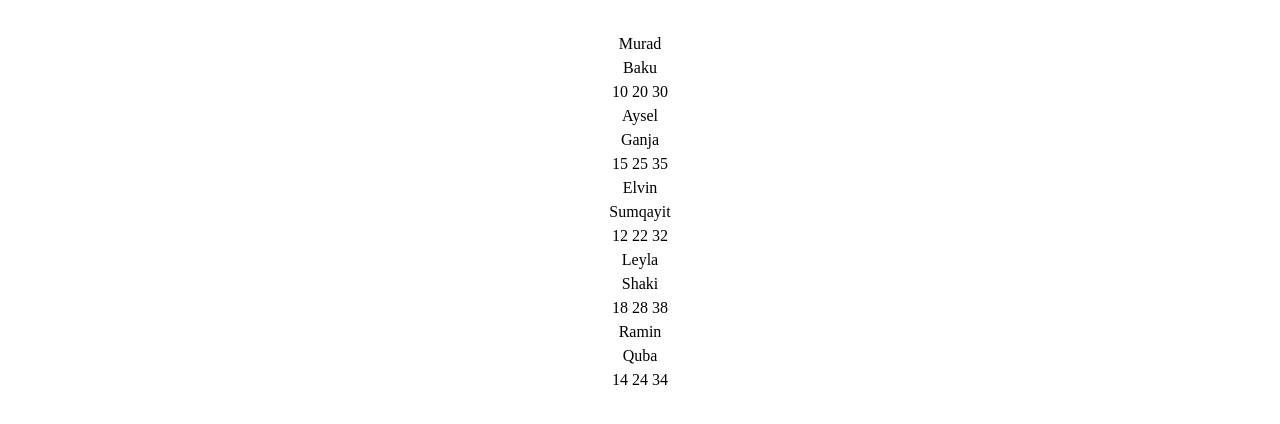
Repository: Murad-Ahmedov7/Typescript-repeat
Page: / (app in myapp/)
These files come from the project's save history. The page is drawn as it stood at one moment and after a run of saves; the edit follows.
The browser window is 1280 px wide. The pictures show the whole page.
The project was rebuilt for these pictures with package versions that can differ from the ones it lists, and the page was loaded fresh each time. Also part of the build but not shown: myapp/vite.config.ts.

Above is the page before, as saved 2025-10-22 16:13:17.

After the next 2 saves:
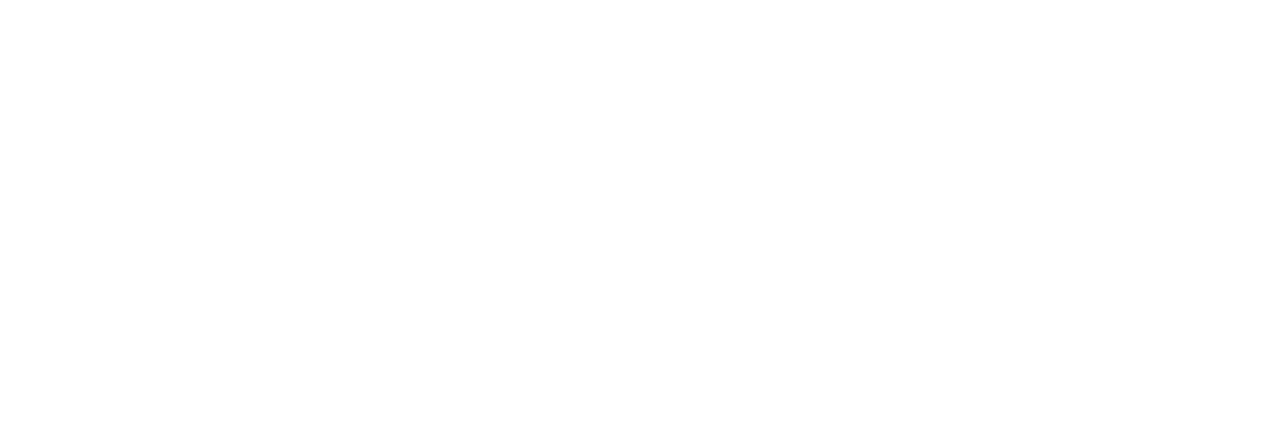
Console error: ReferenceError: co is not defined
The 2 saves are shown as one change because 1 did not build or start.
The last was saved 14 s later.
--- a/myapp/src/App.tsx
+++ b/myapp/src/App.tsx
@@ -66,7 +66,7 @@
 const change=users.map((u)=>(
   {
     ...u,
-    scores:u.scores.filter(res=>res>=25)
+    scores:u.scores.filter(res=>res>=25).map((uscore)=>co)
   }
 ))
 

After the save that followed:
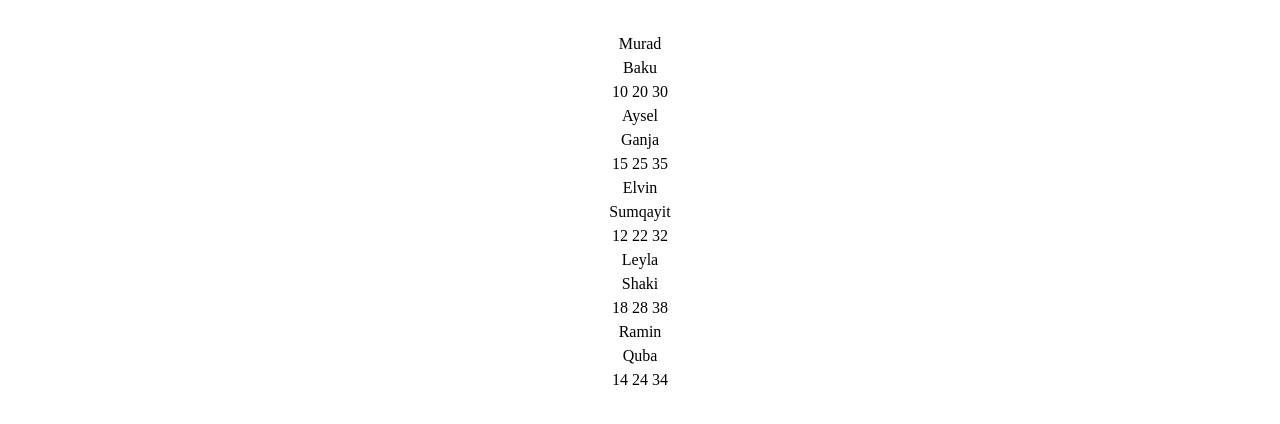
The error is gone.
Saved 7 s later.
--- a/myapp/src/App.tsx
+++ b/myapp/src/App.tsx
@@ -66,7 +66,7 @@
 const change=users.map((u)=>(
   {
     ...u,
-    scores:u.scores.filter(res=>res>=25).map((uscore)=>co)
+    scores:u.scores.filter(res=>res>=25).map((uscore)=>console.log(uscore))
   }
 ))
 
